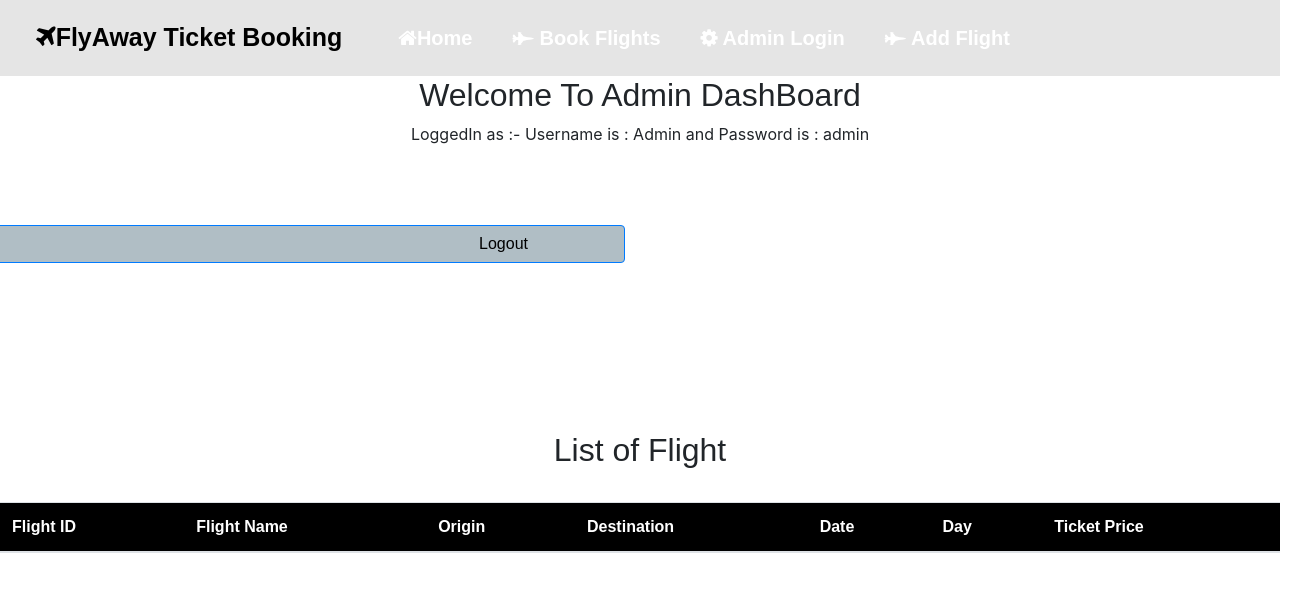
Repository: sayrabano/Phase2-project
Page: http://localhost/FlyAway/adminDashboard.jsp
An editor plug-in stored every save of this project. The page is shown before and after the next save, followed by the edit.
The browser window is 1280 px wide. The page is 1295 px wide, so the pictures cover 1295 px, including what lies to the right of the window. The pictures show the whole page.
Some web fonts or font styles are not loaded; a fallback is used. The page is served by Tomcat 9. Other server files are loaded and not shown. Queries for data that is not in the repository find no rows.

Above is the page before, as saved 2021-09-24 20:26:41.

### FlyAway/src/main/webapp/adminDashboard.jsp
<%@ page language="java" contentType="text/html; charset=ISO-8859-1"
	pageEncoding="ISO-8859-1"%>
<%@page import="java.sql.*"%>
<%@page import=" com.flyaway.LogIn"%>

<%
String driverName = "com.mysql.cj.jdbc.Driver";
String Url = "jdbc:mysql://localhost:3306/flyaway";

String userId = "root";
String password = "say123";

try {
	Class.forName(driverName);
} catch (ClassNotFoundException e) {
	e.printStackTrace();
}
Connection connection = null;
Statement statement = null;
ResultSet resultSet = null;
%>

<!DOCTYPE html>
<html>
<head>
<meta charset="ISO-8859-1">
<title>FlyAway</title>
<link rel="stylesheet"
	href="https://cdnjs.cloudflare.com/ajax/libs/font-awesome/4.7.0/css/font-awesome.min.css">
<!-- Required meta tags -->
<meta charset="utf-8">
<meta name="viewport"
	content="width=device-width, initial-scale=1, shrink-to-fit=no">

<!-- Bootstrap CSS -->
<link rel="stylesheet"
	href="https://maxcdn.bootstrapcdn.com/bootstrap/4.0.0/css/bootstrap.min.css"
	integrity="sha384-Gn5384xqQ1aoWXA+058RXPxPg6fy4IWvTNh0E263XmFcJlSAwiGgFAW/dAiS6JXm"
	crossorigin="anonymous">
<link rel="stylesheet"
	href="https://cdnjs.cloudflare.com/ajax/libs/font-awesome/4.7.0/css/font-awesome.min.css">
<link
	href="https://fonts.googleapis.com/css2?family=Baloo+Bhai+2:wght@500&display=swap"
	rel="stylesheet">
<link
	href="https://fonts.googleapis.com/css2?family=Ubuntu:ital,wght@1,700&display=swap"
	rel="stylesheet">
<link rel="stylesheet" href="CSS/style7.css" />
<style>
</style>
</head>

<body>

	<nav class="navbar navbar-expand-lg navbar-light bg-custom" id="navbar">





		<a class="navbar-brand" id="tag"><i class="fa fa-plane"
			aria-hidden="true"></i>FlyAway Ticket Booking</a>


		<div class="collapse navbar-collapse" id="navbarSupportedContent">
			<ul class="navbar-nav mr-auto">
				<li class="nav-item"><a class="nav-link" href="Home.jsp"> <i
						class="fa fa-home" aria-hidden="true"></i>Home
				</a></li>

				<li class="nav-item"><a class="nav-link"
					href="option-flightsearch.jsp"><i class="fa fa-fighter-jet"></i>
						Book Flights </a></li>
				<li class="nav-item"><a href="Login.jsp" class="nav-link"><i
						class="fa fa-gear"></i> Admin Login</a></li>
						<li class="nav-item"><a href="#" class="nav-link">
						<i class="fa fa-fighter-jet"></i> Add Flight</a></li>




			</ul>



		</div>

	</nav>


	<div>
		<h2>Welcome To Admin DashBoard</h2>
		<p style="text-align:center;"> LoggedIn as :- Username is : <%=LogIn.username %> and
		Password is : <%=LogIn.password %>
</p>

	<br><br>

	</div>
	<div class="row" align="center">
	<div class="col-lg-3 col-md-4 col-sm-4 mb-4">
           <form action="Changepassword.jsp" method="post">
           <button type="submit" class="btn btn-primary btn">Change Password</button>
		</form>
        </div>
        <div class="col-lg-3 col-md-4col-sm-6 mb-4">
            <form action="LogOut" method="get">
           <button type="submit" class="btn btn-primary btn">Logout</button>
		</form>
        </div>

        </div>
        </div>
         <br><br><br><br><br><br>
               <center><h2>List of Flight</h2></center><br>

				<table class="table table-bodered table striped" align="center">
					<thead class="thead">
						<tr>
							<th scope="col">Flight ID</th>
							<th scope="col">Flight Name</th>
							<th scope="col">Origin</th>
							<th scope="col">Destination</th>
							<th scope="col">Date</th>
							<th scope="col">Day</th>
							<th scope="col">Ticket Price</th>
						</tr>
					</thead>
					<tbody class="tbody">


						<%
						try {
							connection = DriverManager.getConnection(Url, userId, password);
							statement = connection.createStatement();
							String sql = "SELECT * FROM flight_list";
							resultSet = statement.executeQuery(sql);
							while (resultSet.next()) {
						%>
						<tr>
							<td><%=resultSet.getString("Id")%></td>
							<td><%=resultSet.getString("Flight")%></td>
							<td><%=resultSet.getString("Origin")%></td>
							<td><%=resultSet.getString("Destination")%></td>
							<td><%=resultSet.getString("Day")%></td>
							<td><%=resultSet.getString("Date")%></td>
							<td><%=resultSet.getString("Ticket_Price")%></td>
						</tr>
						<%
						}
						} catch (Exception e) {
						e.printStackTrace();
						}

						%>
					</tbody>
				</table>

</body>
</html>

### FlyAway/src/main/webapp/CSS/style7.css
@charset "ISO-8859-1";
@charset "ISO-8859-1";

#navbar{
background-color:rgba(0,0,0,.1) ;
font-family:'Ubuntu', sans-serif;

}


#navbar ul li a{
	color:white;

	font-size:20px;
	font-weight:bold;
	padding:15px 20px;

}
#navbar ul li a:hover{
	color:black;
	background-color:white;
	border-radius:18px;


}


#tag{
	font-size:25px;
 color:black;
 font-weight:bold;


	float:right;
	padding: 10px 20px;

}
#gear{
	margin:2px;
	padding:10px;



}
#gear a:hover{



	background-color:white;


}
h2{
	text-align:center;
	font-family:'Ubuntu', sans-serif;
}
.btn{
	color:black;
	padding-left:100rem;
	padding-right:6rem;
	margin-top: 15px;

   background-color:#b0bec5;
	font-family:'Ubuntu', sans-serif;
	float:right;
    display:flex;


}
.thead{
	background-color:#000000;
	font-family:'Ubuntu', sans-serif;
	color:white;
}
.tbody{
	background-color:#b0bec5;
	font-family:'Ubuntu', sans-serif;
}

After the next save:
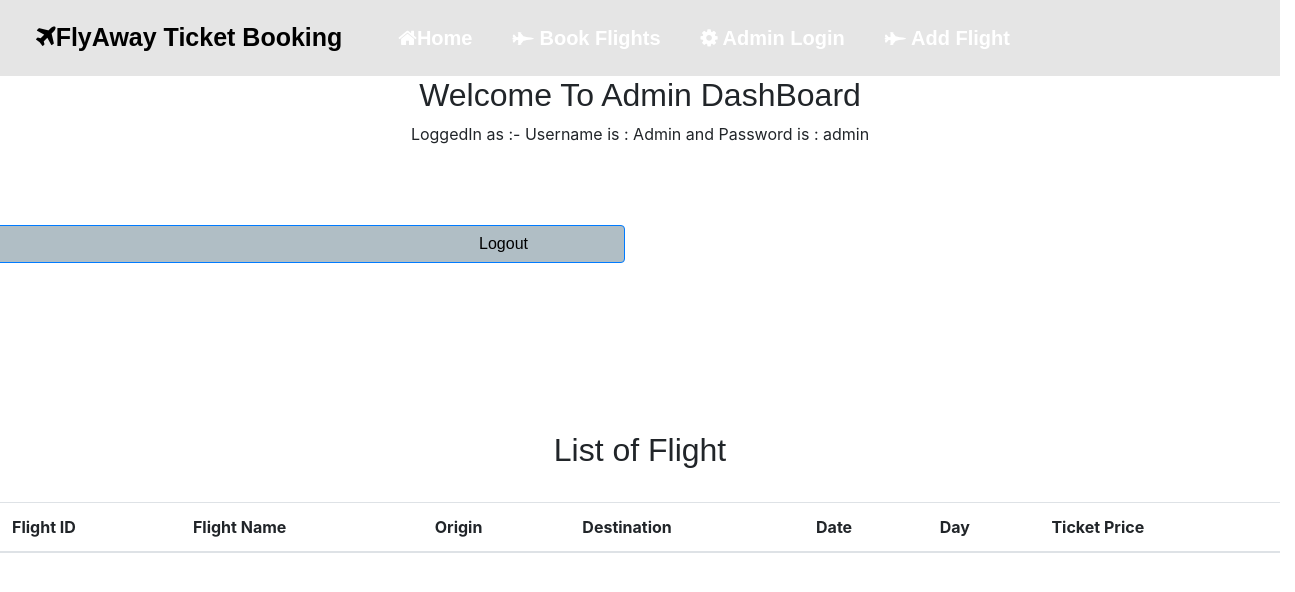
Saved 20 s later.
--- a/FlyAway/src/main/webapp/CSS/style7.css
+++ b/FlyAway/src/main/webapp/CSS/style7.css
@@ -67,12 +67,3 @@ h2{
 
 
 }
-.thead{
-	background-color:#000000;
-	font-family:'Ubuntu', sans-serif;
-	color:white;
-}
-.tbody{
-	background-color:#b0bec5;
-	font-family:'Ubuntu', sans-serif;
-}

After the save that followed:
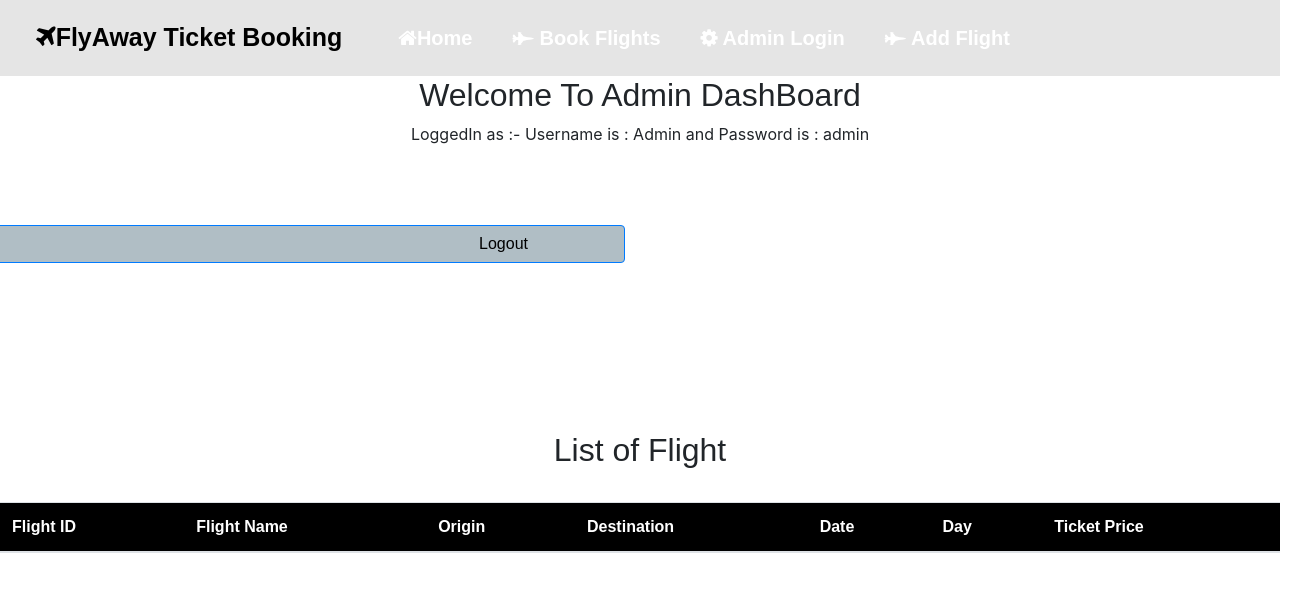
Saved 7 s later.
--- a/FlyAway/src/main/webapp/CSS/style7.css
+++ b/FlyAway/src/main/webapp/CSS/style7.css
@@ -67,3 +67,12 @@ h2{
 
 
 }
+.thead{
+	background-color:#000000;
+	font-family:'Ubuntu', sans-serif;
+	color:white;
+}
+.tbody{
+	background-color:#b0bec5;
+	font-family:'Ubuntu', sans-serif;
+}
